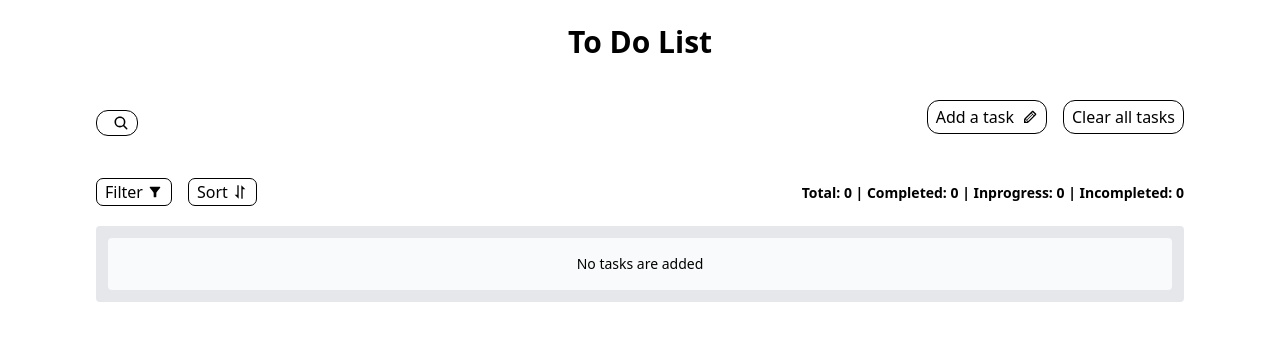
Repository: Priya-creates/Taskly
Page: /
An editor plug-in stored every save of this project. The page is shown before and after the next save, followed by the edit.
The browser window is 1280 px wide. The pictures show the whole page.
The project was rebuilt for these pictures with package versions that can differ from the ones it lists, and the page was loaded fresh each time. Also part of the build but not shown: vite.config.js, src/components/AddTask.jsx, src/components/SearchTask.jsx, src/components/Filter.jsx, src/components/Sort.jsx.

Above is the page before, as saved 2025-10-02 18:40:07.

After the next save:
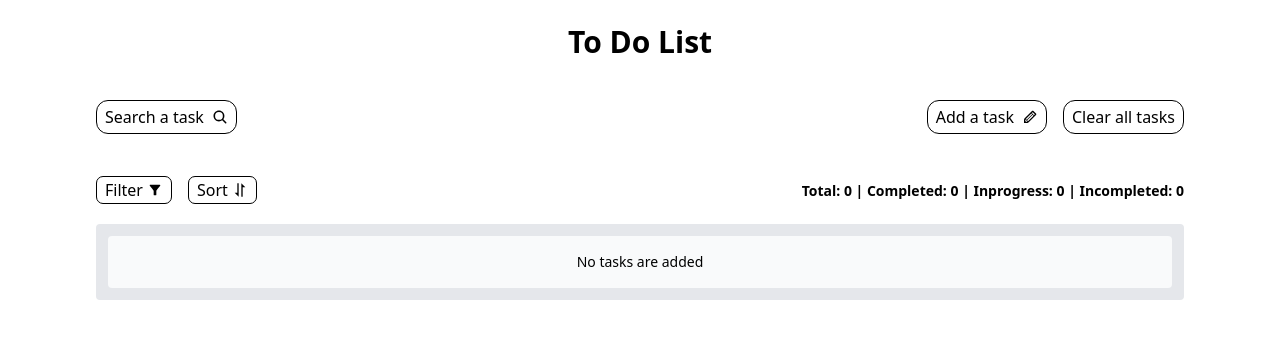
Saved 5 s later.
--- a/src/App.jsx
+++ b/src/App.jsx
@@ -86,7 +86,7 @@ const App = () => {
              hover:bg-black hover:text-white cursor-pointer
              text-sm sm:text-base py-1 sm:py-1 px-2 sm:px-2 "
         >
-          <p>{isMobile ? "Search" : ""}</p>
+          <p>{isMobile ? "Search" : "Search a task"}</p>
           <IoSearch />
         </div>
         <div className="flex gap-4">
